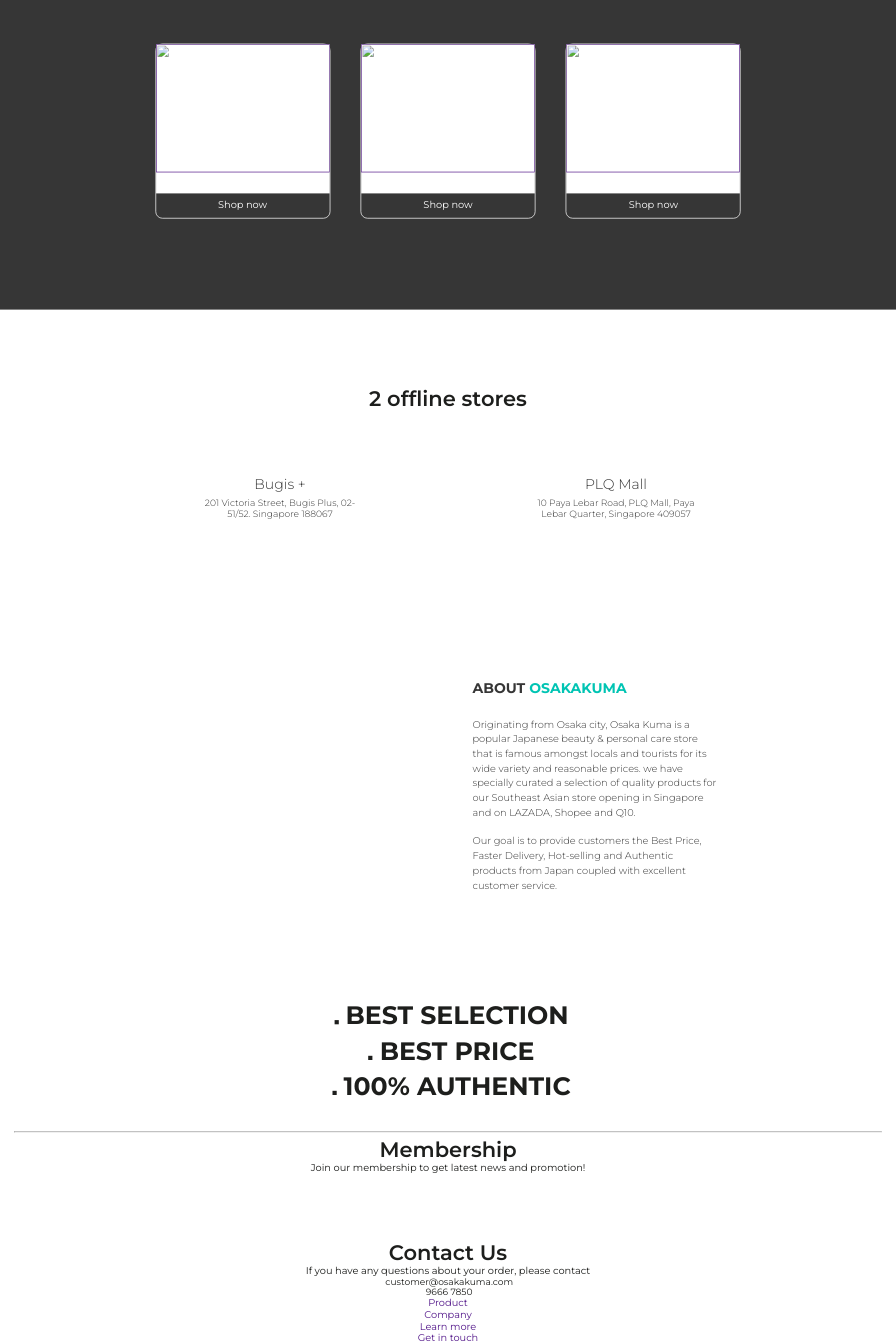
Repository: wendylw/osakakuma-landing
Page: index.html
An editor plug-in stored every save of this project. The page is shown before and after a run of saves, followed by the edit.
The browser window is 1280 px wide. The pictures show the part of the page from y = 1085 to 3005 px (the page is 3005 px tall), at 70% of full size.
The style sheet was rebuilt from its Sass, Less or Tailwind sources for each picture, by a compiler version that may differ from the author's.

Above is the page before, as saved 2021-03-04 03:36:25.

After the next 2 saves:
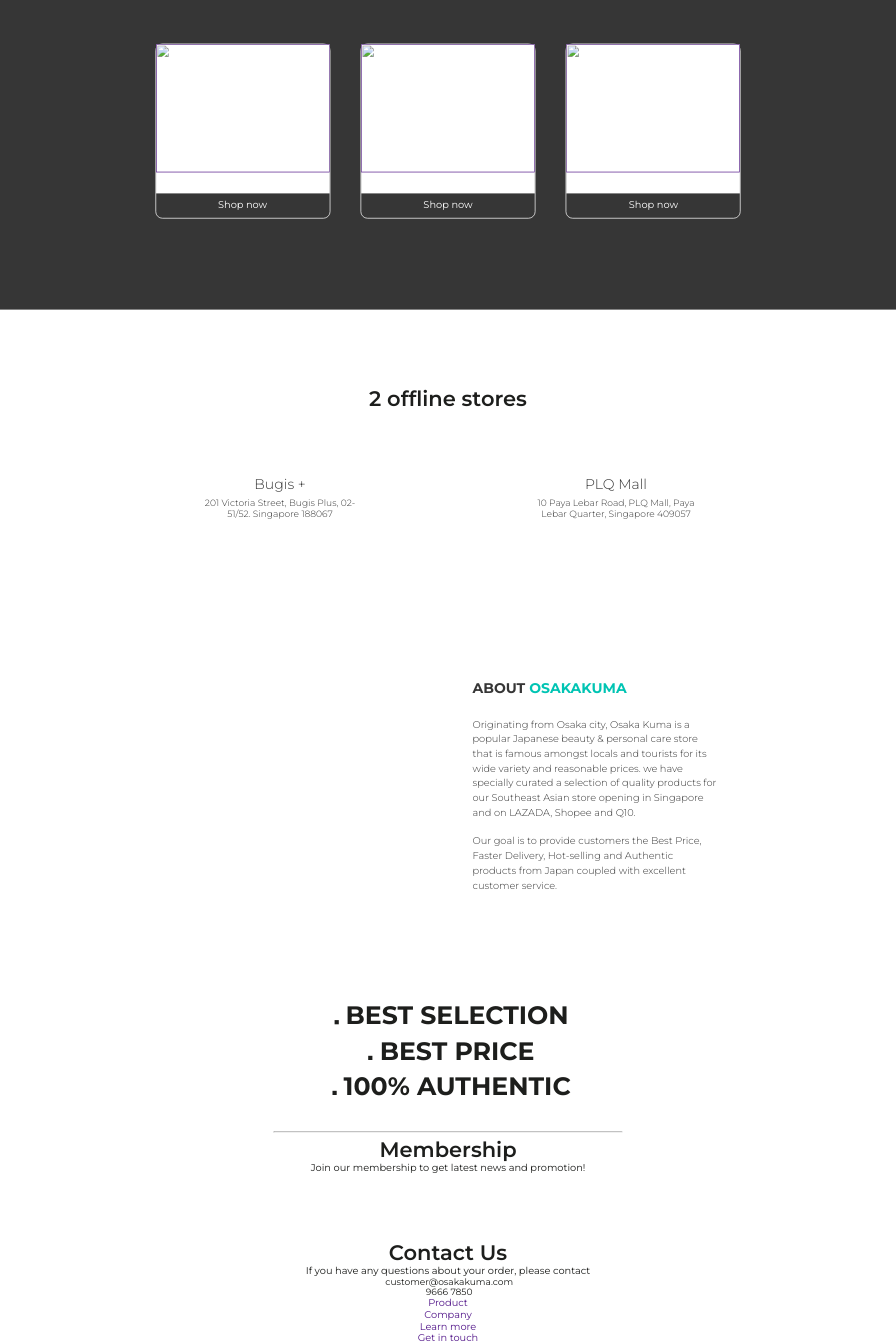
The 2 saves are shown as one change because they came seconds apart.
The last was saved 20 s later.
--- a/index.html
+++ b/index.html
@@ -179,7 +179,7 @@
             <span>100% AUTHENTIC</span>
           </li>
         </ul>
-        <hr />
+        <hr class="membership__divider" />
         <h2>Membership</h2>
         <p>Join our membership to get latest news and promotion!</p>
         <div>
